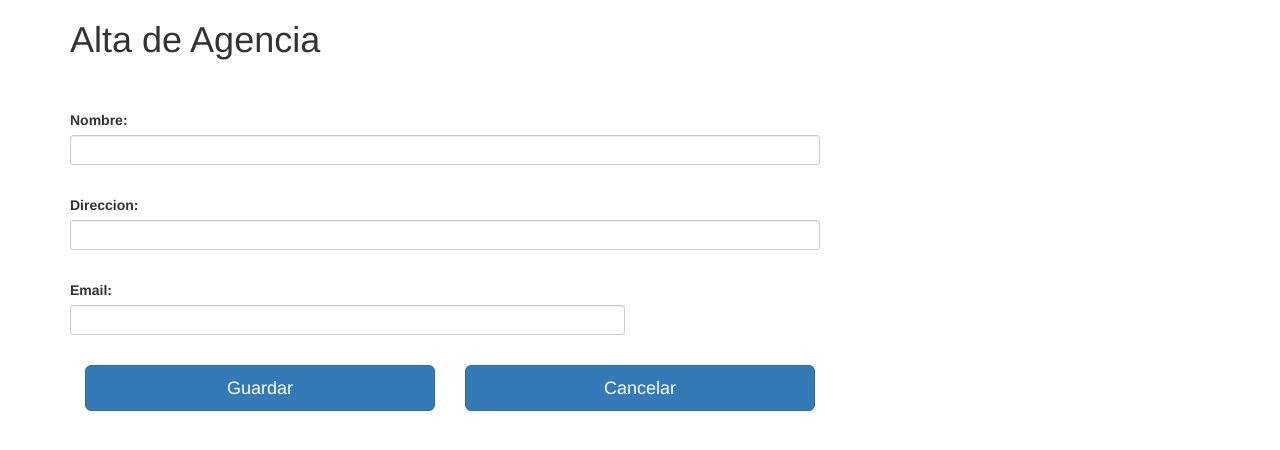
Repository: JonyMedina/TP_Final
Page: http://localhost/OP_Web_Cliente/altaAgencia.jsp
An editor plug-in stored every save of this project. The page is shown before and after the next save, followed by the edit.
The browser window is 1280 px wide. The pictures show the whole page.
The page is served by Tomcat 9. Other server files are loaded and not shown.

Above is the page before, as saved 2018-06-22 17:13:59.

### OP_Web_Cliente/WebContent/altaAgencia.jsp
<%@ page language="java" contentType="text/html; charset=ISO-8859-1"
    pageEncoding="ISO-8859-1"%>
<!DOCTYPE html PUBLIC "-//W3C//DTD HTML 4.01 Transitional//EN" "http://www.w3.org/TR/html4/loose.dtd">
<html>
<head>
<meta http-equiv="Content-Type" content="text/html; charset=ISO-8859-1">
<meta charset="UTF-8">
<title>Oferta Paquetes - Grupo 11</title>

<!-- Bootstrap core CSS -->
<link href="assets/css/bootstrap.min.css" rel="stylesheet">
<script type="text/javascript" src="assets/js/jquery.min.js"></script>
</head>
<script type="text/javascript">

    window.addEventListener('load', inicio, false);

    function inicio() {
        document.getElementById("formulario1").addEventListener('submit', validar, false);
    }

    function validar(evt) {
        var nombre = document.getElementById("txtNombre").value;
        var direccion = document.getElementById("txtDireccion").value;
        var email = document.getElementById("txtemail").value;

        if (nombre=='') {
            alert('Debe cargar un nombre');
            evt.preventDefault();
        }
        else{
       		 if (direccion=='') {
         		   alert('Debe cargar una direccion');
         		  evt.preventDefault();
     	     }
     	     else{
     	    	expr = /^([a-zA-Z0-9_\.\-])+\@(([a-zA-Z0-9\-])+\.)+([a-zA-Z0-9]{2,4})+$/;
     	        if ( !expr.test(email) ){
     	            alert("Error: La dirección de correo " + email + " es incorrecta.");
     		       evt.preventDefault();
 				 }

     	     }

        }


    }

</script>


<body>
	<div class="container">
		<h1>Alta de Agencia</h1>
		<br />
		<br />

		<form action="/OP_Web_Cliente/AltaAgencia" method="POST" name="formulario1" id="formulario1">

			<!-- NOMBRE -->
			<div class="row form-group">
				<div class="col-md-8  form-group">
					<label for="txtNombre">Nombre:</label>
					<input type="text" name="txtNombre" class="form-control input-sm" id="txtNombre" />
				</div>
			</div>

			<!-- DIRECCION -->
			<div class="row form-group">
				<div class="col-md-8  form-group">
					<label for="txtDireccion">Direccion:</label>
					<input type="text" name="txtDireccion"	class="form-control input-sm" id="txtDireccion" />
				</div>
			</div>

			<!-- EMAIL -->
			<div class="row form-group">
				<div class="col-md-6  form-group">
					<label for="txtemail">Email:</label>
					<input type="text" name="txtemail" class="form-control input-sm" id="txtemail"  />
				</div>
			</div>
		<div class="col-md-4">
			<button name="accion" value="guardar" class="btn btn-lg btn-primary btn-block" type="submit">Guardar</button>
		</div>
		</form>

		<div class="col-md-4">
		<form action="/OP_Web_Cliente/AltaAgencia" method="POST" name="formulario1" id="formulario1">
			<button name="accion" value="cancelar" class="btn btn-lg btn-primary btn-block" type="submit">Cancelar</button>
		</form>
		</div>


		<br />
		<br />

		<br>
	</div>
</body>
</html>

Loaded but not shown: OP_Web_Cliente/WebContent/assets/css/bootstrap.min.css (library); OP_Web_Cliente/WebContent/assets/js/jquery.min.js (library)

After the next save:
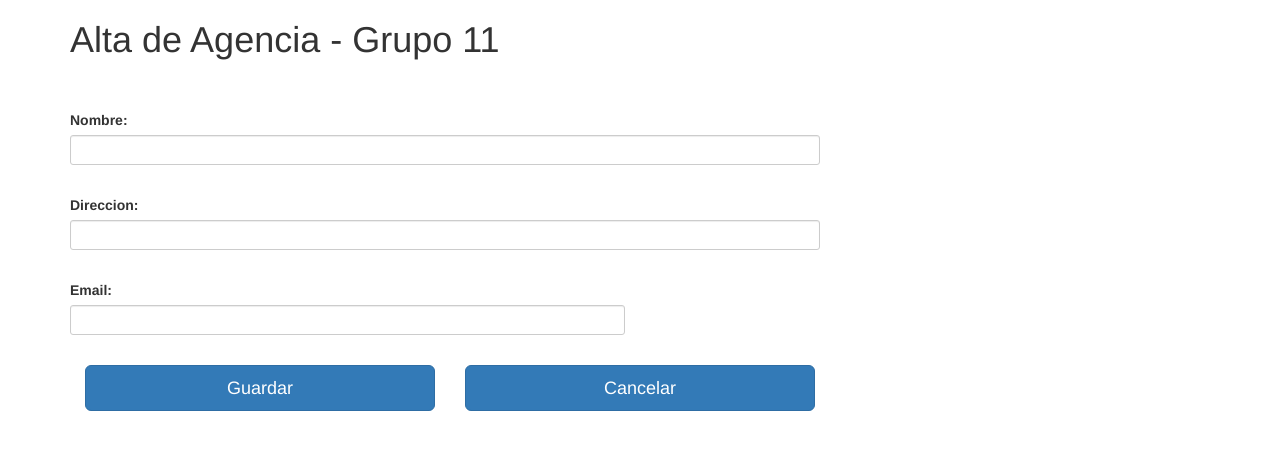
Saved 18 s later.
--- a/OP_Web_Cliente/WebContent/altaAgencia.jsp
+++ b/OP_Web_Cliente/WebContent/altaAgencia.jsp
@@ -52,7 +52,7 @@
 
 <body>
 	<div class="container">
-		<h1>Alta de Agencia</h1>
+		<h1>Alta de Agencia - Grupo 11</h1>
 		<br />
 		<br />
 
